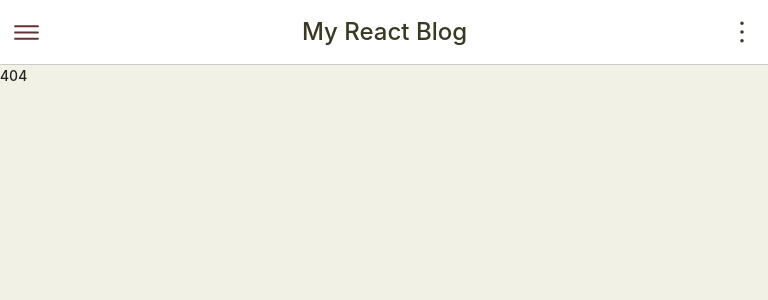
Repository: Kaycee-attah/react_blog
Page: /
The author's editor kept a copy of each file at every save. The page is drawn from the files as they stood at one save, then again after the next save.
The browser window is 768 px wide. The pictures show the whole page.
The project was rebuilt for these pictures with package versions that can differ from the ones it lists, and the page was loaded fresh each time.

Above is the page before, as saved 2021-10-09 22:09:44.

### src/index.js
import React from 'react';
import ReactDOM from 'react-dom';
import App from './App';
import reportWebVitals from './reportWebVitals';
import './assets/scss/base.scss';
import 'antd/dist/antd.css';
import "@quasar/extras/ionicons-v4/ionicons-v4.css";

ReactDOM.render(
  <React.StrictMode>
    <App />
  </React.StrictMode>,
  document.getElementById('root')
);

// If you want to start measuring performance in your app, pass a function
// to log results (for example: reportWebVitals(console.log))
// or send to an analytics endpoint. Learn more: https://bit.ly/CRA-vitals
reportWebVitals();

### src/App.js
import React, { useState, useEffect } from "react";
import Navigation from "./components/navigation";
import {BrowserRouter as Router, Switch, Route, Redirect} from 'react-router-dom';
import PageRenderer from "./page-renderer";
import {usersSelectedModeContext} from "./contexts/usersSelectedModeContext";
import {sidebarContext} from "./contexts/sidebarContext";
import { settingsContext } from "./contexts/settingsContext";
import {SwipeProvider} from "./contexts/swipeContext";

function App() {
  const [darkMode, setDarkMode] =useState(getInitialMode());
  const [menuActive, setMenuActive] = useState(false);
  const [settingsMenu, setSettingsMenu] = useState(false);
  useEffect(() => {
    localStorage.setItem('darkMode', JSON.stringify(darkMode));
    // return () => {
    //     cleanup
    // }
}, [darkMode])

function getInitialMode() {
    const savedMode = JSON.parse(localStorage.getItem('darkMode'));
    return savedMode || false;
};
  return (
    <Router>
      <div className={darkMode ? "App-darkMode" : "App-lightMode"}>
        <usersSelectedModeContext.Provider value={{darkMode, setDarkMode}}>
          <sidebarContext.Provider value={{menuActive, setMenuActive}}>
            < settingsContext.Provider value={{settingsMenu, setSettingsMenu}} >
              <SwipeProvider>
                <Navigation/>
                <Switch>
                  <Route path="/:page" component={PageRenderer} />
                  <Route path="/" render={() => <Redirect to="/home" />} />
                  <Route component={() => 404} />
                </Switch>
              </SwipeProvider>
            </settingsContext.Provider>
          </sidebarContext.Provider>
        </usersSelectedModeContext.Provider>
      </div>
    </Router>

  );
}

export default App;

### src/assets/scss/base.scss
 @import './_variables';
 @import './_navigation';

 .App-darkMode {
    background-color: #1b2938;
 };

 .App-darkMode nav{
    background-color: #1b2938;
 };

 .App-darkMode nav .settings-dropDown-Menu-Card-true .settings-dropDown-Menu{
    background-color: #1b2938;
 };

 @media screen and (max-width: 900px) {
   .App-darkMode nav .menu-content-container {
      background-color: #1b2938;
   }
 }

 html body{
     font-family: -apple-system, BlinkMacSystemFont, 'Segoe UI', Roboto, Oxygen, Ubuntu, Cantarell, 'Open Sans', 'Helvetica Neue', sans-serif;
     font-weight: 500;
     margin: 0;
     background-color: $body-background-color;
 };

### src/components/navigation.js
import React, { useContext } from "react";
import { IoIosMenu } from "react-icons/io"
import { Sidebar } from "./Sidebar";
import { sidebarContext } from "../contexts/sidebarContext";
import { useSwipe } from "../contexts/swipeContext";
import { AiOutlineMore } from "react-icons/ai";
import { MdOutlineMenuOpen } from "react-icons/md";
import { settingsContext } from "../contexts/settingsContext";
import { Avatar } from 'antd';
import { UserOutlined } from '@ant-design/icons';
import { MdLightMode, MdNightlight } from "react-icons/md";
import { usersSelectedModeContext } from "../contexts/usersSelectedModeContext";

export default function Navigation(){
    const {menuActive, setMenuActive} = useContext(sidebarContext);
    const {settingsMenu, setSettingsMenu} = useContext(settingsContext);
    const {darkMode, setDarkMode} = useContext(usersSelectedModeContext);
    const { handleTouchStart } = useSwipe();
    const { handleTouchEnd } = useSwipe();
    const { handleTouchMove } = useSwipe();

    function handleMore() {
        setSettingsMenu(!settingsMenu);
    };
    return(

        <nav onTouchStart={handleTouchStart} onTouchEnd={handleTouchEnd} onTouchMove={handleTouchMove} className='Blog-Navigation'>
            <span onClick={() => setMenuActive(!menuActive)} className={`menu-icon ${!menuActive && 'active'}`}>
                <IoIosMenu style={{display: !menuActive ? "flex" : "none", color: menuActive ? "#65312F" : "null"}}/>
                <MdOutlineMenuOpen style={{display: menuActive ? "flex" : "none", color: menuActive ? "#092c3e" : "null"}}/>
            </span>
            <span className="menu-title">My React Blog</span>
            <span className={`more-icon`} onClick={handleMore}>
                <AiOutlineMore />
            </span>
            <div className={`more-icon-dropDown-Menu-Card-${settingsMenu}`}>
                        <div className="more-icon-dropDown-Menu">
                            <div className="users-avatar">
                                <Avatar icon={<UserOutlined />} size={38}/>
                                <span className="users-avatar-name">Attah Kelechi</span>
                            </div>
                            <div className="toggle-mode-wrapper">
                                <div className="toggle-mode-container">
                                    <MdLightMode />
                                    <label>
                                        <input checked={darkMode} type="checkbox"/>
                                        <span onClick={() => setDarkMode(prevMode => !prevMode)} className="check"></span>
                                    </label>
                                    <MdNightlight />
                                </div>
                            </div>
                        </div>
                    </div>
            <Sidebar />
        </nav>
    )
}

### src/page-renderer.js
import React from 'react';
import { useRouteMatch } from 'react-router-dom';

const generatePage = page => {
    const component = () => require(`./pages/${page}`).default

/*---------            this generates each page dynamically         ---------*/
    try {
        return React.createElement(component())
    } catch (error) {
        console.warn(error);
 /*---------            this creates the 404 page seen         ---------*/
        return React.createElement(() => 404)
    }
}

export default function PageRenderer() {

    const {
        params: { page }
    } = useRouteMatch()

    return generatePage(page)
}

### src/contexts/usersSelectedModeContext.js
import { createContext } from "react";

export const usersSelectedModeContext = createContext(null);

### src/contexts/sidebarContext.js
import { createContext } from "react";

export const sidebarContext = createContext(false);

### src/contexts/settingsContext.js
import { createContext } from "react";

export const settingsContext = createContext(null);

### src/contexts/swipeContext.js
import React, { useContext, useState } from 'react';
import { sidebarContext } from './sidebarContext';

const SwipeAbleContext = React.createContext();

export function useSwipe() {
    return useContext(SwipeAbleContext);
}

export function SwipeProvider({ children }) {
    const {menuActive, setMenuActive} = useContext(sidebarContext);
    const [touchStart, setTouchStart] = useState(0);
    const [touchEnd, setTouchEnd] = useState(0);

    function handleTouchStart(e) {
        setTouchStart(e.targetTouches[0].clientX)
    };

    function handleTouchMove(e) {
        setTouchEnd(e.targetTouches[0].clientX)
    };

    function handleTouchEnd() {
        if(touchStart - touchEnd > 150 && menuActive) {
            setMenuActive(false)

        }

        if(touchStart - touchEnd < -150 && !menuActive) {
            setMenuActive(true);

        }
    }


    const value = {
        handleTouchStart,
        handleTouchEnd,
        handleTouchMove
    }

    return (
        <SwipeAbleContext.Provider value={value}>
            {children}
        </SwipeAbleContext.Provider>
    )
}

### src/assets/scss/_variables.scss
/*      ----------      all colors for different points in the appliation(normal screen size eg laptops)      -----------------------------------------      */
$body-background-color: #F1F1E6;
$title-text-color: #383A23;
$text-color: #65312F;
$input-type-checkbox-Checked: #f8f8f8;
$navigation-link-color-onHover: #F6916C;
$navigation-link-color: #444;
$navigation-background-color: white;
$settings-dropDown-Menu-Card-backGroundColor: #f8f8f8;
$settings-dropDown-Menu-backGroundColor: white;
$toggle-checkbox-darkMode-backgroundColor: #092c3e;
$toggle-checkbox-lightMode-backgroundColor: #f8f8f8;
$toggle-checkbox-lightMode-check-before-backgroundColor: #f8f8f8;
$toggle-checkbox-darkMode-check-after-backgroundColor: #092c3e;

/*      ----------      all colors for different points in the appliation(smaller screen sizes eg mobile devies, tablets)      -----------------------------------------      */
$sideBar-backgroundColor: #e6e6e6;
$text-colors-for-smaller-screen-sizes: #383A23;

### src/assets/scss/_navigation.scss
.Blog-Navigation {
    height: 65px;
    width: 100%;
    background: $navigation-background-color;
    display: flex;
    justify-content: space-between;
    color: $navigation-link-color;
    border-bottom: 1px solid #cccccc;

    .more-icon {
        display: none;
    };

    .more-icon-dropDown-Menu-Card-true {
        display: none;
    };

    .more-icon-dropDown-Menu-Card-false {
        display: none;
    }

    .menu-title {
        font-size: 24px;
        font-weight: 500;
        display: flex;
        align-items: center;
        margin-left: 30px;
        color: $title-text-color;
    };

    .menu-content-container {
        display: flex;
        align-items: center;
        padding-right: 30px;
        ul {
            height: 100%;
            margin-block-start: 0;
            margin-block-end: 0;
            padding-inline-start: 0;
            display: flex;
            align-items: center;
            list-style-type: none;
            padding-right: 20px;

            a {
                text-decoration: none;
                padding: 0 20px 0 20px;
                font-size: 20px;
                color: $navigation-link-color;

                &:hover {
                    color: $navigation-link-color-onHover;
                };

            };

            .settings-icon {
                margin-top: 10px;
                font-size: 24px;
                font-weight: 500;
                position: relative;
            };

            .settings-dropDown-Menu-Card-true {
                background-color: $settings-dropDown-Menu-Card-backGroundColor;
                position: absolute;
                display: flex;
                justify-content: center;
                align-items: center;
                height: 150px;
                width: 20%;
                right: 1%;
                top: 65px;
                border-radius: 7px;


                .settings-dropDown-Menu {
                    background-color: $settings-dropDown-Menu-backGroundColor;
                    height: 84%;
                    width: 94%;
                    display: flex;
                    flex-direction: column;
                    justify-content: space-around;
                    align-items: center;
                    border-radius: 7px;
                    box-sizing: border-box;
                    box-shadow: 0 9px 12px rgba(0, 0, 0, 0.16), 0 3px 6px rgba(0, 0, 0, 0.23);

                    .users-avatar {
                        padding-top: 8px;
                        display: flex;
                        flex-direction: column;
                        justify-content: space-around;
                        align-items: center;
                        height: 60%;
                        width: 100%;

                        .ant-avatar {
                            border: 1px solid
                        };
                        .ant-avatar-icon {
                            margin: 0;

                            .anticon {
                                margin: 3.3px
                            }
                        }
                        .users-avatar-name {
                            font-size: 16.5px
                        };
                    };

                    .toggle-mode-wrapper {
                        height: 100%;
                        width: 100%;
                        display: flex;
                        justify-content: center;
                        align-items: center;

                        .toggle-mode-container {
                            height: 100%;
                            width: 80%;
                            display: flex;
                            flex-direction: row;
                            justify-content: space-around;
                            align-items: center;
                            border-top: 3px solid #f5f2f2;
                            padding-top: 4px;

                            input[type="checkbox"] {
                                -webkit-appearance: none;
                                visibility: hidden;
                                display: none;
                            };

                            .check {
                                position: relative;
                                display: block;
                                width: 40px;
                                height: 20px;
                                background: $toggle-checkbox-darkMode-backgroundColor;
                                cursor: pointer;
                                border-radius: 20px;
                                overflow: hidden;
                                transition: ease-in 0.5s
                            };

                            input[type="checkbox"]:checked ~ .check {
                                background: $input-type-checkbox-Checked;
                            };

                            .check:before {
                                content: "";
                                position: absolute;
                                top: 2px;
                                left: 2px;
                                background: $toggle-checkbox-lightMode-check-before-backgroundColor;
                                width: 16px;
                                height: 16px;
                                border-radius: 50%;
                                transition: 0.5s
                            };

                            input[type="checkbox"]:checked ~ .check:before {
                                transform: translateX(20px)
                            };

                            .check::after {
                                content: "";
                                position: absolute;
                                top: 2px;
                                left: 2px;
                                background: $toggle-checkbox-darkMode-check-after-backgroundColor;
                                width: 16px;
                                height: 16px;
                                border-radius: 50%;
                                transition: 0.5s;
                                transform: translateX(-20px)
                            };

                            input[type="checkbox"]:checked ~ .check::after {
                                transform: translateX(20px)
                            }
                        };
                    };
                };
            };

            .settings-dropDown-Menu-Card-false {
                display: none;
            };
        };
    };

    .menu-icon {
        margin-top: 10px;
        font-size: 33px;
        display: none;
        cursor: pointer
    };

};

@media screen and (max-width: 900px) {
    .Blog-Navigation {
        // position: relative;
        color: $text-colors-for-smaller-screen-sizes;

        .menu-icon {
            display: flex;
            margin-left: 10px;
            margin-top: 0;
            justify-content: flex-end;
            align-items: center;
            position: relative;
            color: $text-color;

            // &.active {
            //     display: flex;
            //     margin-left: 10px;
            //     margin-top: 0;
            //     justify-content: flex-end;
            //     align-items: center;

            // };
        };

        .menu-title {
            margin-left: 0;


        };
        .more-icon {
            display: flex;
            font-size: 32px;
            justify-content: center;
            align-items: center;
            margin-right: 10px;
            position: relative;
            cursor: pointer;
        };

        .more-icon-dropDown-Menu-Card-true {
            background-color: $settings-dropDown-Menu-Card-backGroundColor;
            position: absolute;
            display: flex;
            justify-content: center;
            align-items: center;
            height: 150px;
            width: 50%;
            right: 1%;
            top: 65px;
            border-radius: 7px;


            .more-icon-dropDown-Menu {
                background-color: $settings-dropDown-Menu-backGroundColor;
                height: 84%;
                width: 94%;
                display: flex;
                flex-direction: column;
                justify-content: space-around;
                align-items: center;
                border-radius: 7px;
                box-sizing: border-box;
                box-shadow: 0 9px 12px rgba(0, 0, 0, 0.16), 0 3px 6px rgba(0, 0, 0, 0.23);

                .users-avatar {
                    padding-top: 8px;
                    display: flex;
                    flex-direction: column;
                    justify-content: space-around;
                    align-items: center;
                    height: 60%;
                    width: 100%;

                    .ant-avatar {
                        border: 1px solid
                    };
                    .ant-avatar-icon {
                        margin: 0;

                        .anticon {
                            margin: 3.3px
                        }
                    }
                    .users-avatar-name {
                        font-size: 16.5px
                    };
                };

                .toggle-mode-wrapper {
                    height: 100%;
                    width: 100%;
                    display: flex;
                    justify-content: center;
                    align-items: center;

                    .toggle-mode-container {
                        height: 100%;
                        width: 80%;
                        display: flex;
                        flex-direction: row;
                        justify-content: space-around;
                        align-items: center;
                        border-top: 3px solid #f5f2f2;
                        padding-top: 4px;

                        input[type="checkbox"] {
                            -webkit-appearance: none;
                            visibility: hidden;
                            display: none;
                        };

                        .check {
                            position: relative;
                            display: block;
                            width: 40px;
                            height: 20px;
                            background: $toggle-checkbox-darkMode-backgroundColor;
                            cursor: pointer;
                            border-radius: 20px;
                            overflow: hidden;
                            transition: ease-in 0.5s
                        };

                        input[type="checkbox"]:checked ~ .check {
                            background: $input-type-checkbox-Checked;
                        };

                        .check:before {
                            content: "";
                            position: absolute;
                            top: 2px;
                            left: 2px;
                            background: $toggle-checkbox-lightMode-check-before-backgroundColor;
                            width: 16px;
                            height: 16px;
                            border-radius: 50%;
                            transition: 0.5s
                        };

                        input[type="checkbox"]:checked ~ .check:before {
                            transform: translateX(20px)
                        };

                        .check::after {
                            content: "";
                            position: absolute;
                            top: 2px;
                            left: 2px;
                            background: $toggle-checkbox-darkMode-check-after-backgroundColor;
                            width: 16px;
                            height: 16px;
                            border-radius: 50%;
                            transition: 0.5s;
                            transform: translateX(-20px)
                        };

                        input[type="checkbox"]:checked ~ .check::after {
                            transform: translateX(20px)
                        }
                    };
                };
            };
        };

        .more-icon-dropDown-Menu-Card-false {
            display: none;
        };

        .menu-content-container {
            width: 300px;
            height: calc(100% - 65px);
            // background: $sideBar-backgroundColor;
            background-image: linear-gradient(#F1F1E6, #F6916C);
            position: absolute;
            top: 65px;
            left: -300px;
            transition: 300ms ease left;
            flex-direction: column-reverse;
            padding: 0;
            border-right: 1px solid #cccccc;

            &.active {
                left: 0px;
            };

            li {
                height: 65px;
                display: flex;
                align-items: center;
                justify-content: center;

                a {
                    width: 100%;
                    padding: 0;
                    display: flex;
                    align-items: center;
                    justify-content: center;
                    color: $text-colors-for-smaller-screen-sizes;

                };
            }

            ul {
                flex-direction: column;
                // justify-content: flex-start;
                padding: 30px 0 0 0;


                .settings-icon {
                    display: none;
                };

                .settings-dropDown-Menu-Card-true {
                    display: none;
                };

                .settings-dropDown-Menu-Card-false {
                    display: none;
                };
            };

            ul,li{
                width: 100%;
            }

        };
    };
};

@media screen and (max-width: 400px) {
    .Blog-Navigation {

        .more-icon-dropDown-Menu-Card-true {
            width: 80%;
        };

        .menu-content-container {
            width: 230px;
        }
    };
};

### src/components/Sidebar.js
import React,{ useContext } from 'react';
import { Link } from "react-router-dom";
import { Avatar } from 'antd';
import { UserOutlined } from '@ant-design/icons';
import { MdLightMode, MdNightlight, MdSettings } from "react-icons/md";
import { usersSelectedModeContext } from "../contexts/usersSelectedModeContext";
import {sidebarContext} from "../contexts/sidebarContext";
import { settingsContext } from '../contexts/settingsContext';

const navigation_links = [
    {
        title: 'Home',
        path: './'
    },
    {
        title: 'Blog',
        path: './blog'
    },
    {
        title: 'Login',
        path: './login'
    }
]

export function Sidebar() {
    const {settingsMenu, setSettingsMenu} = useContext(settingsContext);
    const {darkMode, setDarkMode} = useContext(usersSelectedModeContext);
    const {menuActive} = useContext(sidebarContext);

    // const handleClick = useCallback((e) => {
    //     if (node1.current.contains(e.target)) {
    //         setMenuActive(true);
    //     };
    //   },[setMenuActive]);

    // useEffect(() => {
    //     // add when mounted
    //     document.addEventListener("touchstart", handleClick);
    //     // return function to be called when unmounted
    //     return () => {
    //       document.removeEventListener("touchend", handleClick);
    //     };
    //   }, [handleClick]);

    function handleSettings() {
        setSettingsMenu(!settingsMenu);
    };
    return (
        <div className={`menu-content-container ${menuActive && 'active'}`}>
                <ul>
                    {
                        navigation_links.map((link, index) => (
                            <li key={index}>
                                <Link to={link.path}>{link.title}</Link>
                            </li>
                        ))
                    }
                    <span className="settings-icon" onClick={handleSettings}>
                        <MdSettings />

                    </span>
                    <div className={`settings-dropDown-Menu-Card-${settingsMenu}`}>
                        <div className="settings-dropDown-Menu">
                            <div className="users-avatar">
                                <Avatar icon={<UserOutlined />} size={38}/>
                                <span className="users-avatar-name">Attah Kelechi</span>
                            </div>
                            <div className="toggle-mode-wrapper">
                                <div className="toggle-mode-container">
                                    <MdLightMode />
                                    <label>
                                        <input checked={darkMode} type="checkbox"/>
                                        <span onClick={() => setDarkMode(prevMode => !prevMode)} className="check"></span>
                                    </label>
                                    <MdNightlight />
                                </div>
                            </div>
                        </div>
                    </div>
                </ul>
            </div>
    )
}

Loaded but not shown: src/reportWebVitals.js (common file)

After the next save:
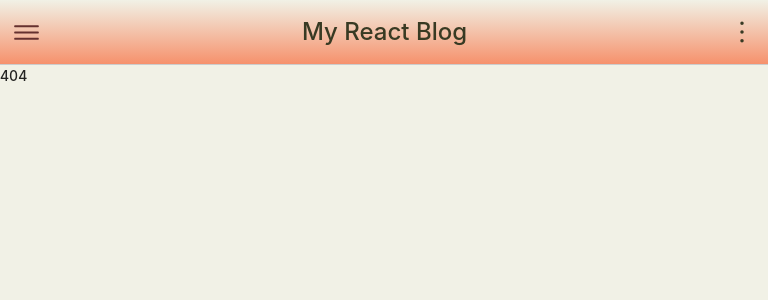
Saved 3 min 42 s later.
--- a/src/assets/scss/_navigation.scss
+++ b/src/assets/scss/_navigation.scss
@@ -1,7 +1,7 @@
 .Blog-Navigation {
     height: 65px;
     width: 100%;
-    background: $navigation-background-color;
+    background-image: linear-gradient(#F1F1E6, #F6916C);
     display: flex;
     justify-content: space-between;
     color: $navigation-link-color;
@@ -372,8 +372,8 @@
         .menu-content-container {
             width: 300px;
             height: calc(100% - 65px);
-            // background: $sideBar-backgroundColor;
-            background-image: linear-gradient(#F1F1E6, #F6916C);
+            background: $sideBar-backgroundColor;
+            // background-image: linear-gradient(#F1F1E6, #F6916C);
             position: absolute;
             top: 65px;
             left: -300px;

After the save that followed:
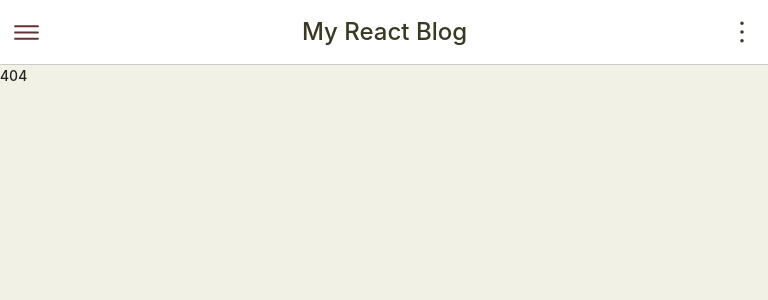
Saved 64 s later.
--- a/src/assets/scss/_navigation.scss
+++ b/src/assets/scss/_navigation.scss
@@ -1,7 +1,7 @@
 .Blog-Navigation {
     height: 65px;
     width: 100%;
-    background-image: linear-gradient(#F1F1E6, #F6916C);
+    background: $navigation-background-color;
     display: flex;
     justify-content: space-between;
     color: $navigation-link-color;
@@ -372,8 +372,7 @@
         .menu-content-container {
             width: 300px;
             height: calc(100% - 65px);
-            background: $sideBar-backgroundColor;
-            // background-image: linear-gradient(#F1F1E6, #F6916C);
+            // background: $sideBar-backgroundColor;
             position: absolute;
             top: 65px;
             left: -300px;
